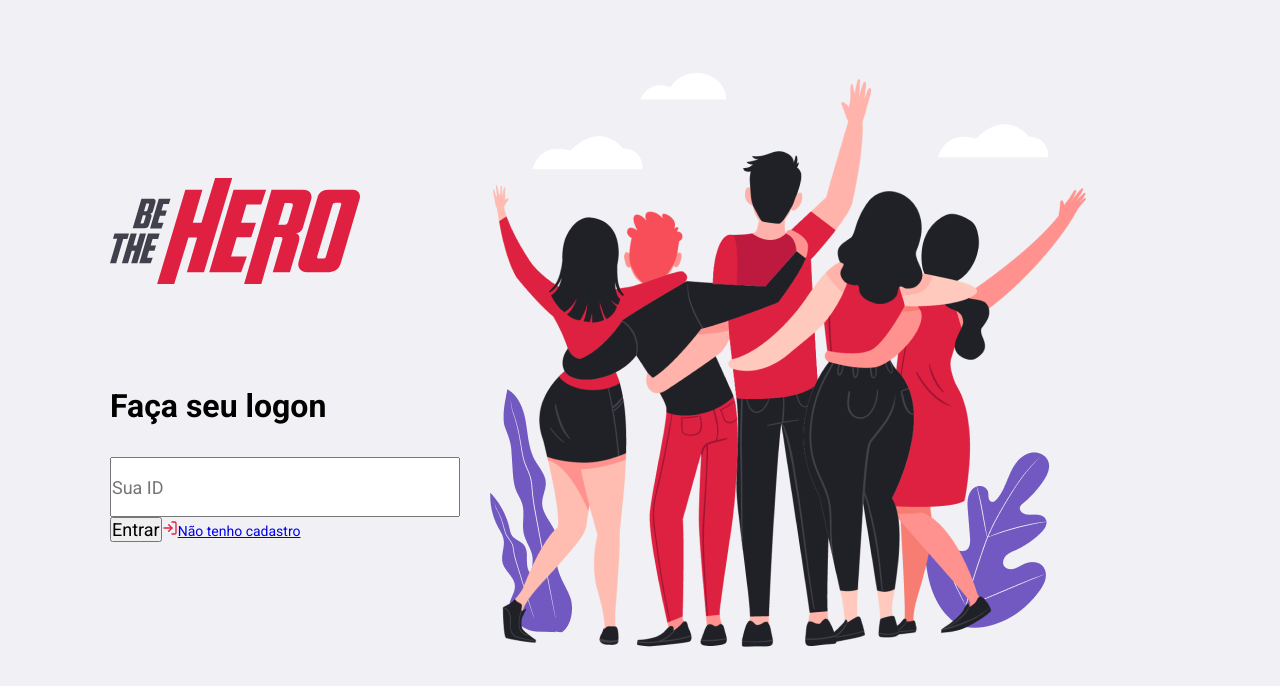
Repository: s7Thiago/semana-omnistack-11.0
Page: / (app in front-end/)
These files come from the project's save history. The page is drawn as it stood at one moment and after the next save; the edit follows.
The browser window is 1280 px wide. The pictures show the whole page.
The project was rebuilt for these pictures with package versions that can differ from the ones it lists, and the page was loaded fresh each time.

Above is the page before, as saved 2020-03-26 20:25:27.

### front-end/src/App.js
import React from 'react';
import './global.css';

import Logon from './pages/Logon';

function App() {

  return (
    <Logon />
  );
}

export default App;

### front-end/src/global.css
@import url('https://fonts.googleapis.com/css?family=Roboto:400,500,700&display=swap');

*{
    margin: 0;
    padding: 0;
    outline: 0;
    box-sizing: border-box; /*Faz com que o padding dos elementos seja anexado na sua largura e na sua altura*/
}

body{
    font: 400 14px Roboto, sans-serif;
    background: #f0f0f5;
    -webkit-font-smoothing: antialiased;
}

input, button, textarea {
    font: 400 18px Roboto, sans-serif;
}

button {
    cursor: pointer;
}

form input {
    width: 100%;
    height: 60px;
    color: #333;
}

### front-end/src/pages/Logon/index.js
import React from 'react';
import { FiLogIn } from 'react-icons/fi'

import './styles.css'

import heroesImg from '../../assets/heroes.png';
import logoImg from '../../assets/logo.svg';

export default function Logon() {
    return (
        <div className="logon-container">
            <section className="form">
                {/* Logo */}
                <img src={logoImg} alt="Be the Hero" />

                {/* Formulário */}
                <form>
                    <h1>Faça seu logon</h1>
                    <input placeholder="Sua ID" />
                    <button type="submit">Entrar</button>

                    <a href="/register">
                        <FiLogIn size={16} color="#E02041" />
                        Não tenho cadastro</a>
                </form>

            </section>
            <img src={heroesImg} alt='Heroes' />
        </div>


    );
}

### front-end/src/pages/Logon/styles.css
.logon-container{
    width: 100%;
    max-width: 1120px;
    height: 100vh;
    margin: 0 auto;

    display: flex;
    align-items: center;
}

.logon-container section.form{
    width: 100%;
    max-width: 350px;
    margin: 30px;
}

.logon-container section.form form{
    margin-top: 100px;
}

.logon-container section.form form h1 {
    font-size: 32px;
    margin-bottom: 32px;
}

Loaded but not shown: front-end/src/index.js (common file)

After the next save:
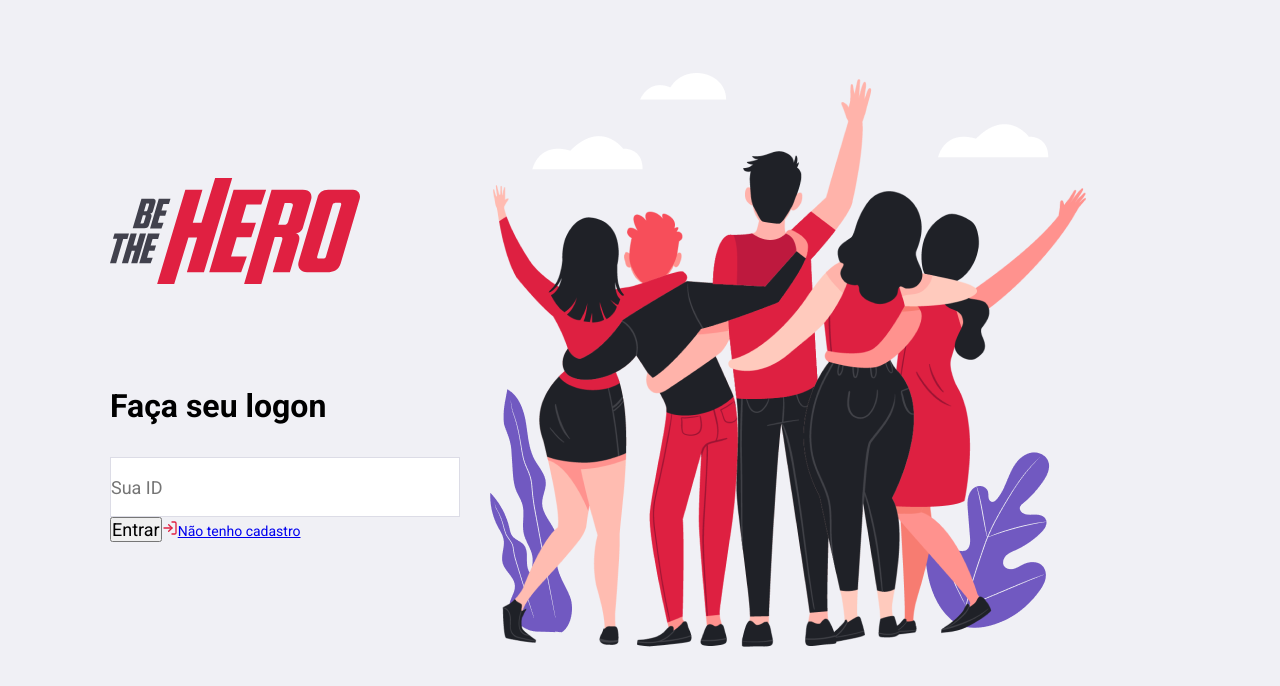
Saved 35 s later.
--- a/front-end/src/global.css
+++ b/front-end/src/global.css
@@ -25,4 +25,5 @@ form input {
     width: 100%;
     height: 60px;
     color: #333;
+    border: solid 1px #dcdce6;
 }
